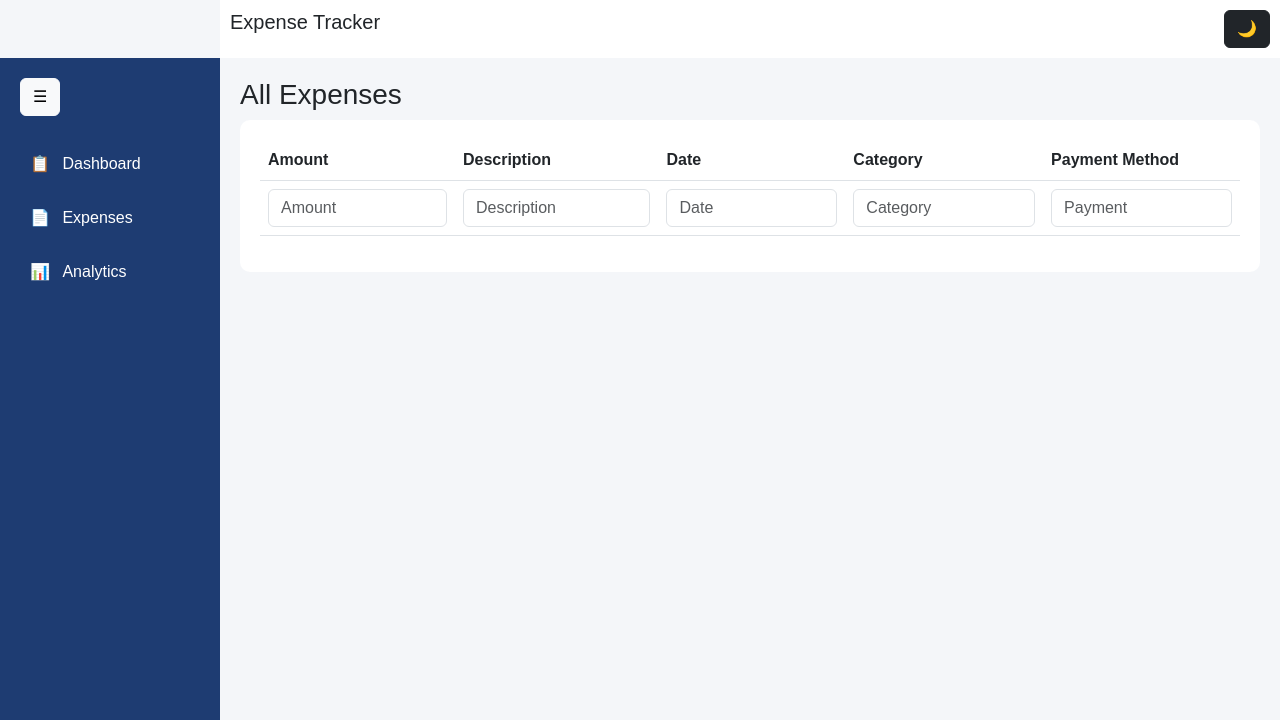
Repository: TejasChoudhary1996/expense-microservices
Page: http://localhost/ui-service/WEB-INF/jsp/pages/expenses.jsp
An editor plug-in stored every save of this project. The page is shown before and after the next save, followed by the edit.
The browser window is 1280 px wide. The pictures show the whole page.
The page is served by Tomcat 10. Nobody is signed in. Other server files are loaded and not shown. The template is opened directly, without the code that normally fills it, so the values that code supplies are empty.

Above is the page before, as saved 2026-03-27 19:56:55.

### ui-service/src/main/webapp/WEB-INF/jsp/pages/expenses.jsp
<%@ page contentType="text/html; charset=UTF-8" pageEncoding="UTF-8"%>
<%@ include file="../layout/header.jsp" %>
<%@ include file="../layout/sidebar.jsp" %>

<div class="content">

<h3>All Expenses</h3>

<div class="card-box">
<table class="table" id="expenseTable">

<thead>
<tr>
<th>Amount</th>
<th>Description</th>
<th>Date</th>
<th>Category</th>
<th>Payment Method</th>
</tr>

<!-- FILTER ROW -->
<tr>
<th><input type="text" class="form-control filter" placeholder="Amount"></th>
<th><input type="text" class="form-control filter" placeholder="Description"></th>
<th><input type="text" class="form-control filter" placeholder="Date"></th>
<th><input type="text" class="form-control filter" placeholder="Category"></th>
<th><input type="text" class="form-control filter" placeholder="Payment"></th>
</tr>
</thead>

<tbody>
<c:forEach var="e" items="${expenses}">
<tr>
<td>${e.amount}</td> <!-- removed ₹ for better filtering -->
<td>${e.description}</td>
<td>${e.date}</td>
<td>${e.category}</td>
<td>${e.paymentMethod}</td>
</tr>
</c:forEach>
</tbody>

</table>
</div>

</div>

<!-- ✅ FIXED SCRIPT -->
<script>
document.addEventListener("DOMContentLoaded", function () {

    const filters = document.querySelectorAll(".filter");
    const rows = document.querySelectorAll("#expenseTable tbody tr");

    filters.forEach((input, colIndex) => {
        input.addEventListener("keyup", function () {

            rows.forEach(row => {
                let show = true;

                filters.forEach((f, i) => {
                    let val = f.value.toLowerCase();
                    let cellText = row.cells[i].innerText.toLowerCase();

                    if (val && !cellText.includes(val)) {
                        show = false;
                    }
                });

                row.style.display = show ? "" : "none";
            });

        });
    });

});
</script>

</body>
</html>

### ui-service/src/main/webapp/WEB-INF/jsp/layout/header.jsp
<%@ page contentType="text/html; charset=UTF-8" pageEncoding="UTF-8"%>

<!DOCTYPE html>
<html>
<head>

<meta charset="UTF-8">
<meta name="viewport" content="width=device-width, initial-scale=1">

<title>Expense Tracker</title>

<link href="https://cdn.jsdelivr.net/npm/bootstrap@5.3.0/dist/css/bootstrap.min.css" rel="stylesheet">
<script src="https://cdn.jsdelivr.net/npm/chart.js"></script>
<script src="https://cdn.jsdelivr.net/npm/bootstrap@5.3.0/dist/js/bootstrap.bundle.min.js"></script>
<%@ taglib prefix="c" uri="jakarta.tags.core"%>

<style>
body {
    margin: 0;
    font-family: 'Poppins', sans-serif;
    background: #f4f6f9;
}

/* Sidebar */
.sidebar {
    width: 220px;
    height: 100vh;
    background: #1e3c72;
    color: white;
    position: fixed;
    padding: 20px;
}

/* Content */
.content {
    margin-left: 220px;
    padding: 20px;
}

/* Cards */
.card-box {
    background: white;
    padding: 20px;
    border-radius: 10px;
    margin-bottom: 20px;
}

/* Buttons */
.btn-primary {
    background: #ff7a18;
    border: none;
}

canvas {
    max-height: 300px !important;
}
/* COLLAPSED SIDEBAR */
.sidebar.collapsed {
    width: 70px;
}

.sidebar.collapsed span {
    display: none;
}

/* CONTENT SHIFT */
.content {
    margin-left: 220px;
    transition: all 0.3s;
}

.content.expanded {
    margin-left: 70px;
}

/* DARK MODE */
body.dark {
    background: #121212;
    color: white;
}

body.dark .card-box {
    background: #1e1e1e;
    color: white;
}

body.dark .sidebar {
    background: #000;
}

body.dark input,
body.dark select {
    background: #2c2c2c;
    color: white;
    border: none;
}

/* Sidebar links FIX */
.sidebar a {
    display: block;          /* 🔥 KEY FIX */
    padding: 10px;
    margin: 10px 0;
    color: white;
    text-decoration: none;
    border-radius: 8px;
}

/* Hover */
.sidebar a:hover {
    background: rgba(255,255,255,0.1);
}

/* Active */
.sidebar a.active {
    background: #ff7a18;
    color: white;
}

/* Align icon + text */
.sidebar a span {
    margin-left: 8px;
}
</style>

<script>
function toggleSidebar() {
    document.querySelector(".sidebar").classList.toggle("collapsed");
}

function toggleTheme() {
    document.body.classList.toggle("dark");
}
</script>

</head>

<body>

<!-- HEADER BAR -->
<div style="margin-left:220px; padding:10px; background:white; display:flex; justify-content:space-between;">
    <h5>Expense Tracker</h5>
    <button onclick="toggleTheme()" class="btn btn-dark">🌙</button>
</div>

### ui-service/src/main/webapp/WEB-INF/jsp/layout/sidebar.jsp
<%@ page contentType="text/html; charset=UTF-8" pageEncoding="UTF-8"%>
<script>
function toggleSidebar() {
    document.querySelector(".sidebar").classList.toggle("collapsed");
    document.querySelector(".content").classList.toggle("expanded");
}
</script>
<div class="sidebar">

    <button onclick="toggleSidebar()" class="btn btn-light mb-3">☰</button>

  <a href="/" class="menu-item ${page == 'dashboard' ? 'active' : ''}">
        📋 <span>Dashboard</span>
    </a>

    <a href="/expenses" class="menu-item ${page == 'expenses' ? 'active' : ''}">
        📄 <span>Expenses</span>
    </a>

    <a href="/analytics" class="menu-item ${page == 'analytics' ? 'active' : ''}">
        📊 <span>Analytics</span>
    </a>

</div>

After the next save:
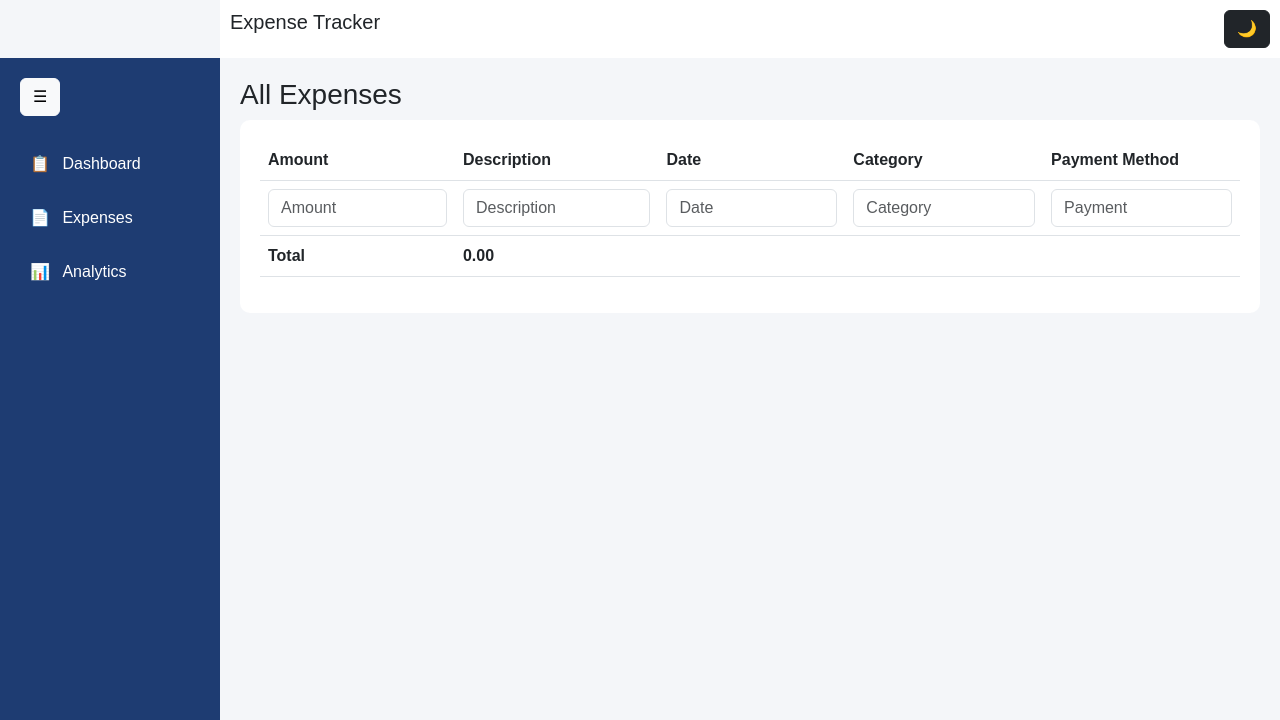
Saved 65 s later.
--- a/ui-service/src/main/webapp/WEB-INF/jsp/pages/expenses.jsp
+++ b/ui-service/src/main/webapp/WEB-INF/jsp/pages/expenses.jsp
@@ -39,42 +39,62 @@
 </tr>
 </c:forEach>
 </tbody>
+<tfoot>
+<tr>
+    <th colspan="1">Total</th>
+    <th id="totalAmount">0</th>
+    <th colspan="4"></th>
+</tr>
+</tfoot>
 
 </table>
 </div>
 
 </div>
 
-<!-- ✅ FIXED SCRIPT -->
 <script>
 document.addEventListener("DOMContentLoaded", function () {
 
     const filters = document.querySelectorAll(".filter");
     const rows = document.querySelectorAll("#expenseTable tbody tr");
+    const totalElement = document.getElementById("totalAmount");
 
-    filters.forEach((input, colIndex) => {
-        input.addEventListener("keyup", function () {
+    function updateTable() {
+        let total = 0;
 
-            rows.forEach(row => {
-                let show = true;
+        rows.forEach(row => {
+            let show = true;
 
-                filters.forEach((f, i) => {
-                    let val = f.value.toLowerCase();
-                    let cellText = row.cells[i].innerText.toLowerCase();
+            filters.forEach((f, i) => {
+                let val = f.value.toLowerCase();
+                let cellText = row.cells[i].innerText.toLowerCase();
 
-                    if (val && !cellText.includes(val)) {
-                        show = false;
-                    }
-                });
-
-                row.style.display = show ? "" : "none";
+                if (val && !cellText.includes(val)) {
+                    show = false;
+                }
             });
 
+            row.style.display = show ? "" : "none";
+
+            // ✅ Calculate total only for visible rows
+            if (show) {
+                let amount = parseFloat(row.cells[1].innerText) || 0;
+                total += amount;
+            }
         });
+
+        totalElement.innerText = total.toFixed(2);
+    }
+
+    // Attach event
+    filters.forEach(input => {
+        input.addEventListener("keyup", updateTable);
     });
+
+    // Initial total
+    updateTable();
 
 });
 </script>
-
 </body>
 </html>
